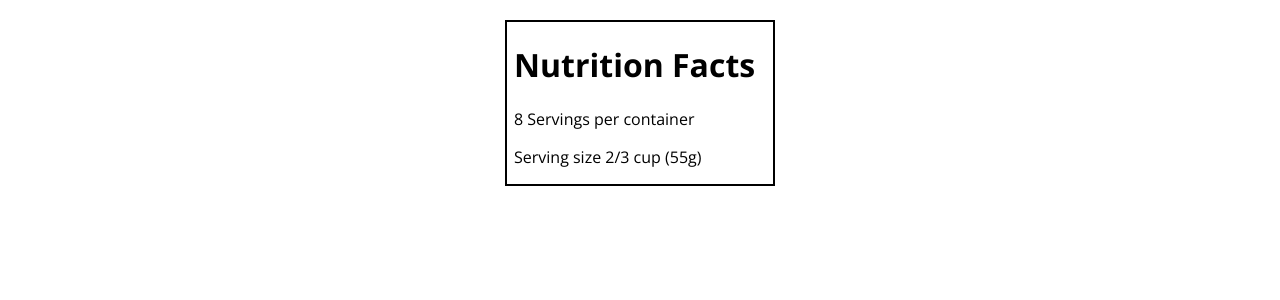
Repository: Lungdjos/typography
Page: index.html
An editor plug-in stored every save of this project. The page is shown before and after a run of saves, followed by the edit.
The browser window is 1280 px wide. The pictures show the whole page.

Above is the page before, as saved 2023-10-28 00:57:15.

### index.html
<!DOCTYPE html>
<html lang="en">

<head>
    <meta charset="UTF-8">
    <meta name="viewport" content="width=device-width, initial-scale=1.0">
    <title>Nutrition Label</title>
    <link rel="stylesheet" href="styles.css">
    <link rel="stylesheet" href="https://fonts.googleapis.com/css?family=Open+Sans:400,700,800">
</head>

<body>
    <div class="label">
        <h1>Nutrition Facts</h1>
        <p>8 Servings per container</p>
        <p>Serving size 2/3 cup (55g)</p>
    </div>

</body>

</html>

### styles.css
body {
    font-family: "Open Sans", sans-serif;
}

html {
    font-size: 16px;
}

.label {
    border: 2px solid black;
    width: 270px;
    margin: 20px auto;
    padding: 0 7px;
}

* {
    box-sizing: border-box;
}

h1

After the next 4 saves:
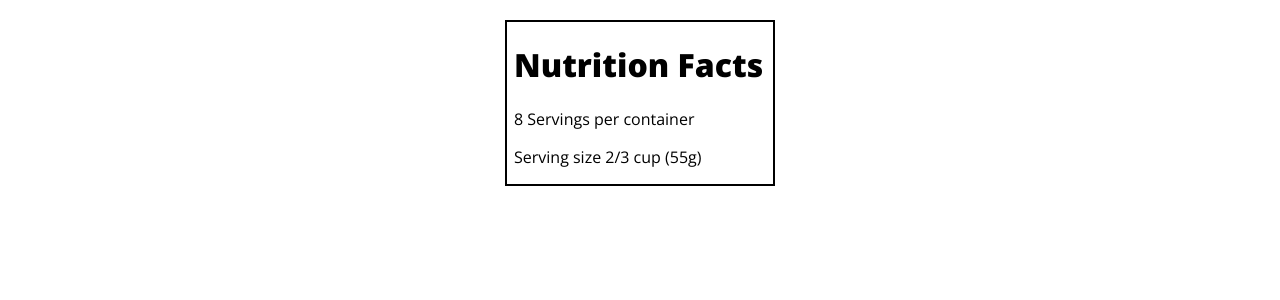
The 4 saves are shown as one change because they came seconds apart.
The last was saved 12 s later.
--- a/styles.css
+++ b/styles.css
@@ -17,4 +17,6 @@ html {
     box-sizing: border-box;
 }
 
-h1
+h1 {
+    font-weight: 800;
+}
